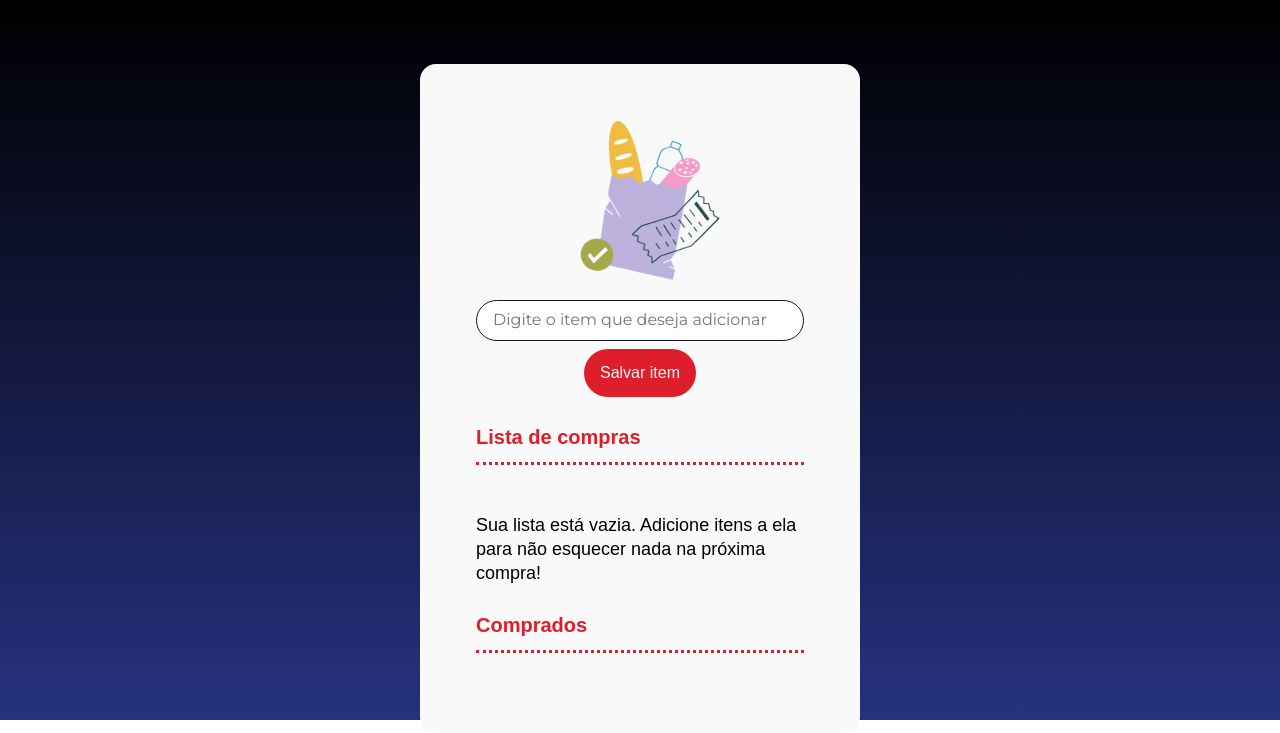
Repository: joaoPraiaJunior/compras_js
Page: index.html
These files come from the project's save history. The page is drawn as it stood at one moment and after the next save; the edit follows.
The browser window is 1280 px wide. The pictures show the whole page.
Empty fields were first filled with sample values (such as "Sample", 5 or name@example.com).
After loading, the first visible `form.compras` was submitted once.
Some web fonts or font styles are not loaded; a fallback is used.

Above is the page before, as saved 2024-08-24 00:45:12.
Console error: TypeError: liDaLista.join is not a function

### index.html
<!DOCTYPE html>
<html lang="pt-BR" dir="ltr">

<head>
    <meta charset="UTF-8">
    <meta name="viewport" content="width=device-width, initial-scale=1.0">
    <meta name="description" content="Lista de compras">
    <title>Lista de Compras</title>
    <link rel="preconnect" href="https://fonts.googleapis.com">
    <link rel="preconnect" href="https://fonts.gstatic.com" crossorigin>
    <link href="https://fonts.googleapis.com/css2?family=Krona+One&family=Montserrat&family=Numans&display=swap" rel="stylesheet">
    <link rel="stylesheet" href="./css/styles.css">
</head>

<body>
    <header>
        <img src="./img/bag.png" alt="sacola de compras">
    </header>
    <main>
        <form class="compras" data-js="form-compras">
            <input class="compras__campo" type="text" name="compra" placeholder="Digite o item que deseja adicionar" data-js="input-do-item" required>
            <button type="submit" class="compras__botao" data-js="botao-adicionar-item">Salvar item</button>
        </form>
        <h1>Lista de compras</h1>
        <hr>

        <ul class="lista" data-js="lista-de-compras">

        </ul>

        <p data-js="mensagem">Sua lista está vazia. Adicione itens a ela para não esquecer nada na próxima compra!</p>

        <h2>Comprados</h2>
        <hr>

        <ul class="comprados" data-js="itens-comprados">

        </ul>
    </main>
    <script type="module" src="./js/scripts.js"></script>
</body>

</html>

### css/styles.css
* {
    box-sizing: border-box;
    margin: 0;
    padding: 0;
}

html {
    font-size: 62.5%;
}

:root {
    --cor-primaria: #df1e2b;
    --cor-secundaria: #C2373F;
    --neutro: #F9F9F9;
    --preto: #131730;
    --fonte-titulo: "Krona One", sans-serif;
    --fonte-texto: 'Numans', sans-serif;
    --degrade-azul: linear-gradient(180deg, #000000 0%, #26327F 100%);
}

body {
    display: flex;
    flex-direction: column;
    align-items: center;
    background: var(--degrade-azul);
    background-repeat: no-repeat;
    font-size: 1.6rem;
    height: 100vh;
}

header {
    text-align: center;
    margin-top: 6.4rem;
    background-color: var(--neutro);
    border-radius: 1.6rem 1.6rem 0 0;
    padding: 5.6rem 5.6rem 1.6rem 5.6rem;
    width: 44.0rem;

}

main {
    display: flex;
    flex-direction: column;
    align-items: center;
    gap: 2.4rem;
    background-color: var(--neutro);
    border-radius: 0 0 1.6rem 1.6rem;
    padding: 0 5.6rem 5.6rem 5.6rem;
    width: 44.0rem;
}

h1, h2 {
    align-self: flex-start;
    font-family: var(--fonte-titulo);
    font-size: 2.0rem;
    color: var(--cor-primaria);
    line-height: 3.3rem;
}

hr {
    border: none;
    border-bottom: .3rem dotted var(--cor-primaria);
    margin-bottom: 2.4rem;
    width: 100%;
}

hr:empty {
    margin-top: calc(1.6rem * -1);
    margin-bottom: 0;
}

p, label {
    font-family: var(--fonte-texto);
    font-size: 1.8rem;
    font-weight: 400;
    text-align: left;
    line-height: 2.4rem;
}


.compras {
    display: flex;
    flex-direction: column;
    gap: .8rem;
    width: 100%;
}

.compras__campo {
    border: .1rem solid var(--preto);
    border-radius: 2.4rem;
    padding: 1.2rem 1.6rem;
}

.compras__campo::placeholder {
    font-family: "Montserrat", sans-serif;
    font-size: 1.6rem;
    line-height: 1.9rem;
}

.compras__botao {
    align-self: center;
    font-family: var(--fonte-texto);
    font-size: 1.6rem;
    line-height: 2.4rem;
    color: var(--neutro);
    background-color: var(--cor-primaria);
    border: none;
    border-radius: 2.4rem;
    padding: 1.2rem 1.6rem;
    cursor: pointer;
}

.lista, .comprados {
    list-style: none;
    width: 100%;
}

.lista__item {
    margin-bottom: 1.0rem;
}

.lista__item:last-child {
    margin-bottom: 0;
}

.lista__item--comprado {
    text-decoration: line-through;
}

.lista__container {
    display: flex;
    align-items: center;
    justify-content: space-between;
}

.lista__compra {
    display: flex;
    align-items: center;
}

.lista__etiqueta {
    cursor: pointer;
}

.lista__data {
    font-size: 1.2rem;
    line-height: 2.0rem;
}

.checkbox {
    display: flex;
    align-items: center;
    flex-direction: row-reverse;
    cursor: pointer;
}
.checkbox__input {
    opacity: 0;
    width: 0;
    height: 0;
}

.checkbox__customizado {
    background-color: var(--neutro);
    margin-right: .8rem;
    border: .1rem solid var(--preto);
    border-radius: .4rem;
    width: 2.0rem;
    height: 2.0rem;
    cursor: pointer
}

.checkbox__customizado--checked {
    position: relative;
    background-color: var(--preto);
}

.checkbox__customizado--checked::before {
    content: "";
    position: absolute;
    top: -10%;
    left: 30%;
    width: .5rem;
    height: 1.4rem;
    border-top: .2rem solid var(--neutro);
    border-left: .2rem solid var(--neutro);
    transform: rotate(-140deg);
}

.botao {
    display: flex;
    gap: 1.0rem;
}

.botao__excluir, .botao__editar {
    background-color: transparent;
    border: none;
    cursor: pointer;
}

### js/scripts.js
import adicionarItemDeCompra from './modulos/adicionarItemDeCompra.js';

const elementos = {
    formCompras: '[data-js="form-compras"]',
}

const formCompras = document.querySelector(elementos.formCompras);


formCompras.addEventListener('submit', adicionarItemDeCompra);

### js/modulos/adicionarItemDeCompra.js
import criarItemDaLista from './criarItemDaLista.js';
import mensagemListaVazia from './mensagemListaVazia.js';

let contadorDeItens = 0;

function adicionarItemDeCompra(evento) {

    const elementos = {
        inputDoItem: '[data-js="input-do-item"]',
        listaDeCompras: '[data-js="lista-de-compras"]',
    }

    const inputDoItem = document.querySelector(elementos.inputDoItem);
    const listaDeCompras = document.querySelector(elementos.listaDeCompras);

    evento.preventDefault();
    const itemDeCompra = inputDoItem.value;
    inputDoItem.value = '';
    contadorDeItens++;
    listaDeCompras.appendChild(criarItemDaLista(itemDeCompra, contadorDeItens));
    mensagemListaVazia(listaDeCompras);
}

export default adicionarItemDeCompra;

### js/modulos/criarItemDaLista.js
import checkboxMarcado from "./checkboxMarcado.js";
import dataHora from "./dataHora.js";
import { editarItem } from "./editarItem.js";
import { excluirItem } from "./excluirItem.js";
import textoCapitalizado from "./textoCapitalizado.js";

function criarItemDaLista(itemDeCompra, contadorDeItens) {
    const liDaLista = document.createElement('li');
    const divContainer = document.createElement('div');
    const divListaDeCompras = document.createElement('div');
    const labelDoCheckbox = document.createElement('label');
    const spanDoLabel = document.createElement('span');
    const inputCheckbox = document.createElement('input');
    const checkBoxCustomizado = document.createElement('span');
    const divBotao = document.createElement('div');
    const botaoExcluir = document.createElement('button');
    const botaoEditar = document.createElement('button');
    const iconeExcluir = document.createElement('img');
    const iconeEditar = document.createElement('img');
    const paragrafoData = document.createElement('p');
    const data = document.createElement('time');
    const horas = document.createElement('time');

    liDaLista.classList.add('lista__item');
    divContainer.classList.add('lista__container');
    divListaDeCompras.classList.add('lista__compra');
    labelDoCheckbox.classList.add('checkbox');
    inputCheckbox.classList.add('checkbox__input');
    checkBoxCustomizado.classList.add('checkbox__customizado');
    checkBoxCustomizado.dataset.js = 'checkbox-customizado';
    divBotao.classList.add('botao');
    botaoExcluir.classList.add('botao__excluir');
    botaoEditar.classList.add('botao__editar');
    paragrafoData.classList.add('lista__data');

    labelDoCheckbox.setAttribute('for', `item-${contadorDeItens}`);
    labelDoCheckbox.dataset.js = 'label-do-checkbox';
    inputCheckbox.setAttribute('type', 'checkbox');
    inputCheckbox.dataset.js = 'input-do-checkbox';
    spanDoLabel.dataset.js = 'span-do-label';
    inputCheckbox.setAttribute('id', `item-${contadorDeItens}`);
    iconeExcluir.setAttribute('src', './img/delete.svg');
    iconeExcluir.setAttribute('alt', 'Botão de excluir item da lista de compras');
    iconeEditar.setAttribute('src', './img/edit.svg');
    iconeEditar.setAttribute('alt', 'Botão de editar item da lista de compras');

    liDaLista.appendChild(divContainer);
    divContainer.appendChild(divListaDeCompras);
    divListaDeCompras.appendChild(labelDoCheckbox);
    spanDoLabel.textContent = `${textoCapitalizado(itemDeCompra)}`;
    labelDoCheckbox.appendChild(spanDoLabel);
    labelDoCheckbox.appendChild(inputCheckbox);
    labelDoCheckbox.appendChild(checkBoxCustomizado);
    divContainer.appendChild(divBotao);
    divBotao.appendChild(botaoExcluir);
    divBotao.appendChild(botaoEditar);
    botaoExcluir.appendChild(iconeExcluir);
    botaoEditar.appendChild(iconeEditar);
    liDaLista.appendChild(dataHora(paragrafoData, data, horas));

    checkboxMarcado(labelDoCheckbox, liDaLista, paragrafoData, data, horas);
    excluirItem(liDaLista, botaoExcluir);
    editarItem(liDaLista, botaoEditar, paragrafoData, data, horas);


    return liDaLista.join('');
}

export default criarItemDaLista;

### js/modulos/mensagemListaVazia.js
function mensagemListaVazia(listaDeCompras) {
const elementos = {
    mensagem: '[data-js="mensagem"]',
}

const mensagem = document.querySelector(elementos.mensagem);

    if(listaDeCompras.childElementCount === 0) {
        mensagem.style.display = 'block';
    } else {
        mensagem.style.display = 'none';
    }

}

export default mensagemListaVazia;

### js/modulos/checkboxMarcado.js
import alteracaoVisualDoCheckbox from "./alteracaoVisualDocheckBox.js";
import inserirItensComprados from "./inserirItensComprados.js";

function checkboxMarcado(labelDoCheckbox, liDaLista, paragrafoData, data, horas) {

    const elementos = {
        inputDoCheckbox: '[data-js="input-do-checkbox"]',
        checkBoxCustomizado: '[data-js="checkbox-customizado"]',
    }

    labelDoCheckbox.addEventListener('click', function (evento) {
        const checkboxAlvo = evento.currentTarget.querySelector(elementos.inputDoCheckbox);
        const checkboxcustomizadoAlvo = evento.currentTarget.querySelector(elementos.checkBoxCustomizado);

        alteracaoVisualDoCheckbox(checkboxAlvo, checkboxcustomizadoAlvo);
        inserirItensComprados(checkboxAlvo, liDaLista, paragrafoData, data, horas);
    });
}

export default checkboxMarcado;

### js/modulos/dataHora.js
function dataHora(paragrafoData, data, horas) {
    data.textContent =  `${new Date().toLocaleDateString()}`;
    data.setAttribute('datetime', `${new Date().toLocaleDateString("en-CA", {year: 'numeric', month: '2-digit', day: '2-digit'})}`);
    horas.textContent = `${new Date().toLocaleTimeString("pt-BR", { hour: "numeric", minute: "numeric" })}`;
    paragrafoData.textContent = `${new Date().toLocaleDateString("pt-BR", { weekday: "long" }).charAt(0).toUpperCase() + new Date().toLocaleDateString("pt-BR", { weekday: "long" }).slice(1)} `;
    paragrafoData.appendChild(data);
    paragrafoData.innerHTML += ' às ';
    paragrafoData.appendChild(horas);

    return paragrafoData;
}

export default dataHora;

### js/modulos/editarItem.js
import dataHora from "./dataHora.js";
import textoCapitalizado from "./textoCapitalizado.js";

const editarItem = (liDaLista, botaoEditar, paragrafoData, data, horas) => {

    const elementos = {
        spanDoLabel: '[data-js="span-do-label"]',
    }

    const etiqueta = liDaLista.querySelector(elementos.spanDoLabel);

    botaoEditar.addEventListener('click', function () {
        const novoItem = prompt('Digite o novo nome do item:');

        if (novoItem !== null && novoItem.trim() !== '') {
            etiqueta.textContent = textoCapitalizado(novoItem);
            liDaLista.appendChild(dataHora(paragrafoData, data, horas));
        }
    });
}

export { editarItem };

### js/modulos/excluirItem.js
import mensagemListaVazia from './mensagemListaVazia.js';

const excluirItem = (liDaLista, botaoExcluir) => {

    const elementos = {
        listaDeCompras: '[data-js="lista-de-compras"]',
    }

    const listaDeCompras = document.querySelector(elementos.listaDeCompras);

    botaoExcluir.addEventListener('click', function () {

        const confirmaExclusao = confirm('Deseja realmente excluir este item da lista?');

        if (confirmaExclusao) {
            liDaLista.remove();
        }

        mensagemListaVazia(listaDeCompras);

    });
};


export { excluirItem };

### js/modulos/textoCapitalizado.js
function textoCapitalizado(itemDeCompra) {
    const palavras = itemDeCompra.split(' ');

    const palavrasCapitalizadas = palavras.map(function (palavra) {
        return palavra.charAt(0).toUpperCase() + palavra.slice(1).toLowerCase();
    });

    return palavrasCapitalizadas.join(' ');
}

export default textoCapitalizado;

### js/modulos/alteracaoVisualDocheckBox.js
function alteracaoVisualDoCheckbox(checkboxAlvo, checkboxCustomizadoAlvo) {
    if (checkboxAlvo.checked) {
        checkboxCustomizadoAlvo.classList.add('checkbox__customizado--checked');
    } else {
        checkboxCustomizadoAlvo.classList.remove('checkbox__customizado--checked');
    }
}

export default alteracaoVisualDoCheckbox;

### js/modulos/inserirItensComprados.js
import dataHora from "./dataHora.js";

function inserirItensComprados(checkboxAlvo, liDaLista, paragrafoData, data, horas) {

    const elementos = {
        listaDeCompras: '[data-js="lista-de-compras"]',
        itensComprados: '[data-js="itens-comprados"]',
    }

    const itensComprados = document.querySelector(elementos.itensComprados);
    const listaDeCompras = document.querySelector(elementos.listaDeCompras);

    if (checkboxAlvo.checked) {
        itensComprados.appendChild(liDaLista);
        liDaLista.classList.add('lista__item--comprado');
    } else {
        listaDeCompras.appendChild(liDaLista);
        liDaLista.classList.remove('lista__item--comprado');
    }

    liDaLista.appendChild(dataHora(paragrafoData, data, horas));
}

export default inserirItensComprados;

After the next save:
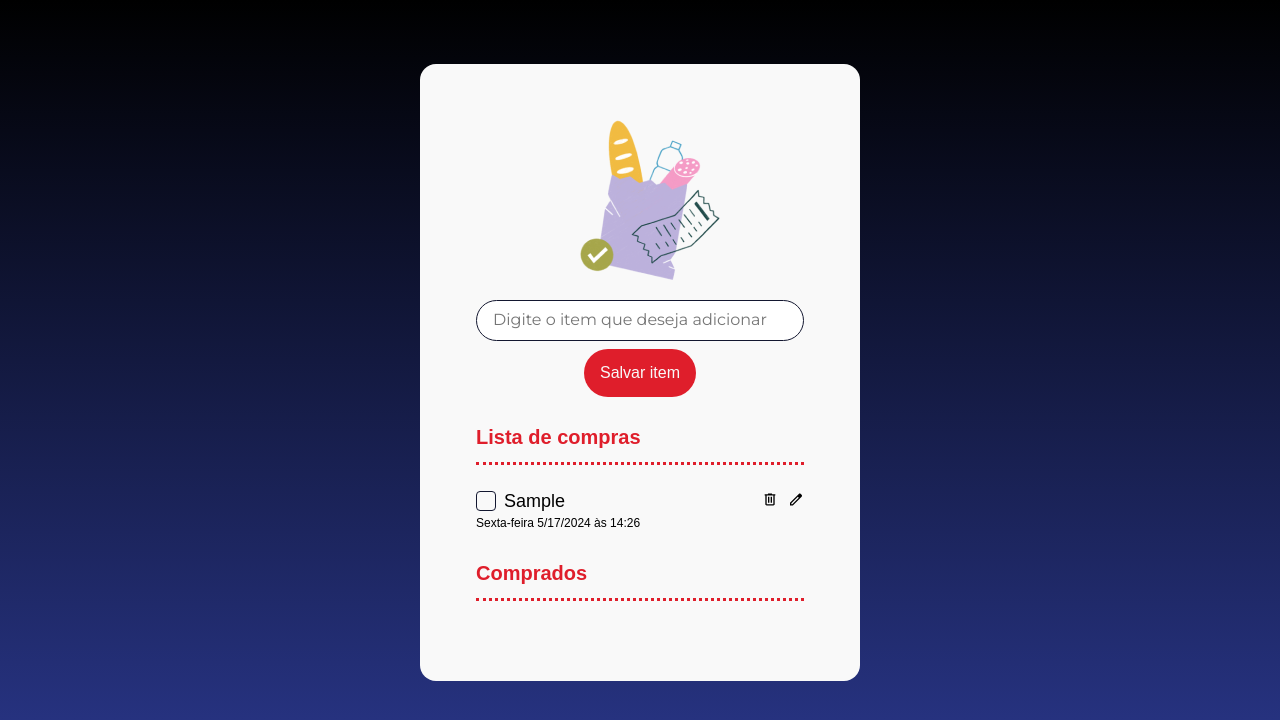
The error is gone.
Saved 21 s later.
--- a/js/modulos/criarItemDaLista.js
+++ b/js/modulos/criarItemDaLista.js
@@ -63,7 +63,7 @@ function criarItemDaLista(itemDeCompra, contadorDeItens) {
     editarItem(liDaLista, botaoEditar, paragrafoData, data, horas);
 
 
-    return liDaLista.join('');
+    return liDaLista;
 }
 
 export default criarItemDaLista;
